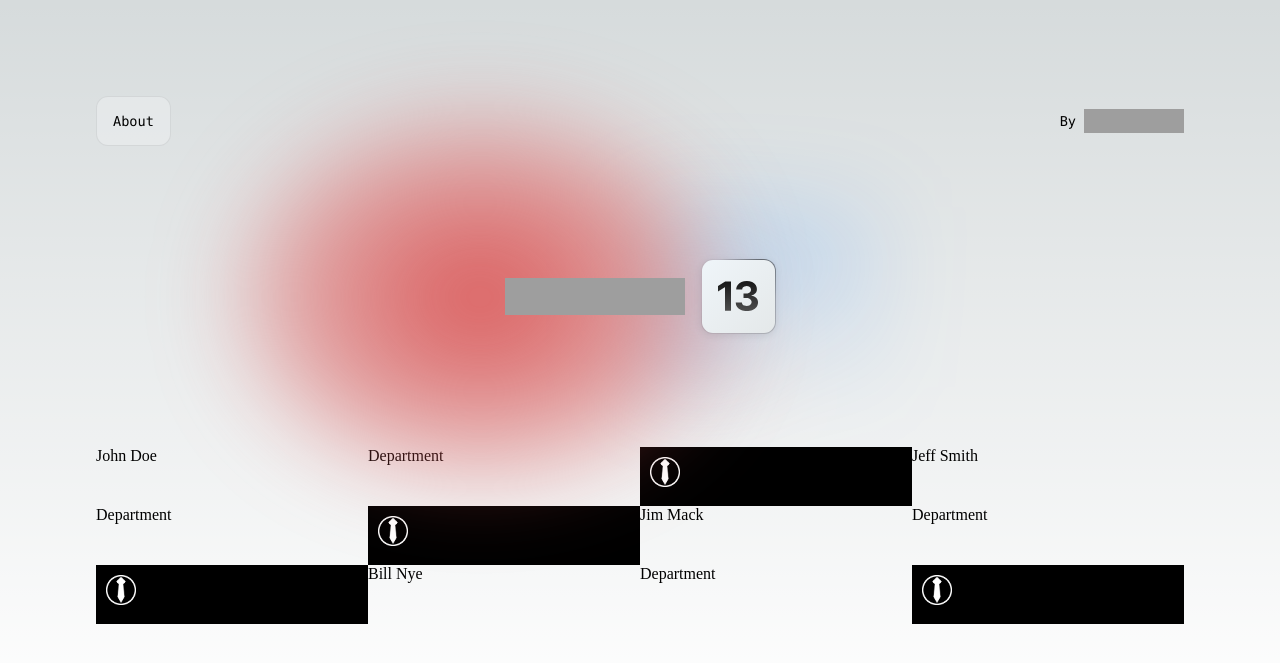
Repository: karthur1/class-example-3
Page: /
These files come from the project's save history. The page is drawn as it stood at one moment and after the next save; the edit follows.
The browser window is 1280 px wide. The pictures show the whole page.
Pictures or frames that could not be fetched are drawn as grey boxes. The project was rebuilt for these pictures with package versions that can differ from the ones it lists, and the page was loaded fresh each time. The framework's server and built-in components were replaced by stand-ins that run in the browser. Also part of the build but not shown: next.config.js.

Above is the page before, as saved 2023-01-22 21:23:03.

After the next save:
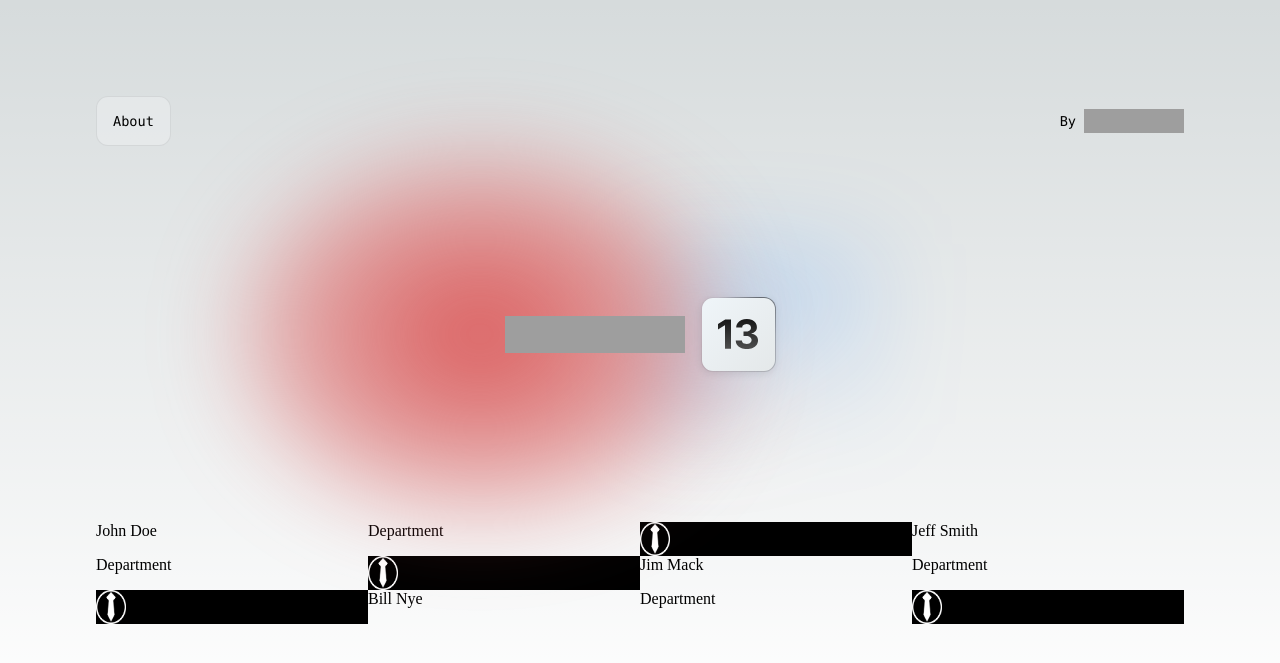
Saved 10 s later.
--- a/components/Card/index.js
+++ b/components/Card/index.js
@@ -5,7 +5,7 @@
 
 
     }) {   return(
-        <div style={{backgroundColor: colour, fontSize:font, fontFamily:'Courier New', padding: 10}}>
+        <div style={{backgroundColor: colour, fontSize:font, fontFamily:'Courier New', display:"flex"}}>
                 {
                     colour === "black" ? <img src={'icons/icon1.png'} width="30"/>:
                     colour === "black" ? <img src={'icons/icon2.jpg'} width="30"/>:
